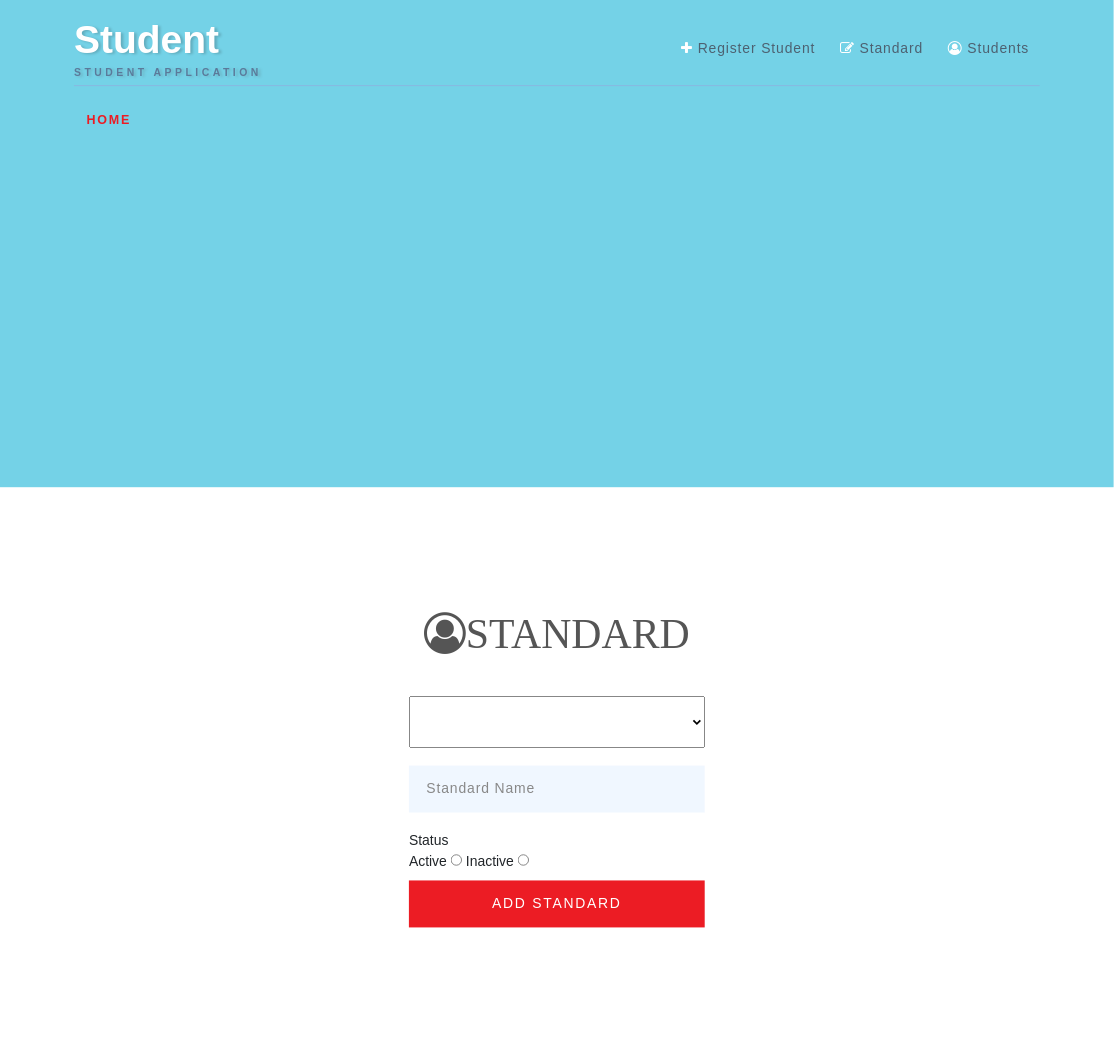
Repository: PallaviMadiya/Java-Framework-
Page: http://localhost/StudentApplication/addStandard.jsp
An editor plug-in stored every save of this project. The page is shown before and after the next save, followed by the edit.
The browser window is 1280 px wide. The pictures show the whole page, at 87% of full size.
Some web fonts or font styles are not loaded; a fallback is used. The page is served by Tomcat 9. Other server files are loaded and not shown. Queries for data that is not in the repository find no rows.

Above is the page before, as saved 2023-10-18 08:55:57.

### StudentApplication/src/main/webapp/addStandard.jsp

<%@ page language="java" contentType="text/html; charset=ISO-8859-1"
    pageEncoding="ISO-8859-1"%>
    <%@page import="dao.StudentDao"%>
<%@page import="model.Standard"%>
<%@page import="java.util.*"%>
<!DOCTYPE html>
<html>
<head>
<meta charset="ISO-8859-1">
<title>Insert title here</title>
</head>
<body>
<%@include file="header.jsp" %>
 <!-- //banner-->
    <!--/login -->
    <section class="banner-bottom py-5">
        <div class="container">
            <div class="content-grid">
                <div class="text-center icon">
                    <span class="fa fa-user-circle-o">STANDARD</span>
                </div>
                <div class="content-bottom">

                    <form action="StudentController" method="post" enctype='multipart/form-data'>
                        <%List<Standard> list = StudentDao.getStandardList(); %>

                    	<select name="id"  style="width:340px; height:60px; margin-bottom:20px;">
							<% for (Standard s : list) { %>
								<option value="" disabled selected hidden>&nbsp &nbsp Select Standard</option>
								<option value="<%=s.getId() %>"><%=s.getName() %></option>
							<% } %>
						</select>


                        <div class="field-group">
                            <div class="content-input-field">
                                <input name="name" id="text1" type="text" value="" placeholder="Standard Name" required="">
                            </div>
                        </div>

                        <div class="field-group">
							Status
                            <div class="checkbox-check-radio">
                               Active <input name="status" id="text3" type="radio" value="active" required="">
                               Inactive <input name="status" id="text3" type="radio" value="inactive" required="">
                            </div>
                        </div>

                        <div class="content-input-field">
                            <button type="submit" class="btn" name="action" value="addStandard">Add Standard</button>
                        </div>

                    </form>
                </div>
            </div>
        </div>
    </section>
    <!-- /login -->
</body>
</html>

### StudentApplication/src/main/webapp/header.jsp
<%@ page language="java" contentType="text/html; charset=ISO-8859-1"
    pageEncoding="ISO-8859-1"%>
<!--
Author:W3layouts
Author URL: http://w3layouts.com
License: Creative Commons Attribution 3.0 Unported
License URL: http://creativecommons.org/licenses/by/3.0/
-->

<!DOCTYPE html>
<html lang="zxx">

<head>
    <title>Baggage Ecommerce Category Bootstrap Responsive Web Template | Home :: W3layouts</title>
    <!-- Meta tag Keywords -->
    <meta name="viewport" content="width=device-width, initial-scale=1">
    <meta charset="UTF-8" />
    <meta name="keywords" content="Baggage Responsive web template, Bootstrap Web Templates, Flat Web Templates, Android Compatible web template, Smartphone Compatible web template, free webdesigns for Nokia, Samsung, LG, SonyEricsson, Motorola web design" />
    <script>
        addEventListener("load", function() {
            setTimeout(hideURLbar, 0);
        }, false);

        function hideURLbar() {
            window.scrollTo(0, 1);
        }
    </script>
    <!-- //Meta tag Keywords -->
    <!-- Custom-Files -->
    <link rel="stylesheet" href="css/bootstrap.css">
    <!-- Bootstrap-Core-CSS -->
    <link rel="stylesheet" href="css/style.css" type="text/css" media="all" />
    <!-- Style-CSS -->
    <!-- font-awesome-icons -->
    <link href="css/font-awesome.css" rel="stylesheet">
    <!-- //font-awesome-icons -->
    <!-- /Fonts -->
    <link href="//fonts.googleapis.com/css?family=Hind:300,400,500,600,700" rel="stylesheet">
    <!-- //Fonts -->

</head>

<body>
    <div class="main-sec">
        <!-- //header -->
        <header class="py-sm-3 pt-3 pb-2" id="home">
            <div class="container">
                <!-- nav -->
                <div class="top-w3pvt d-flex">
                    <div id="logo">
                        <h1> <a href="index.jsp"><span class="log-w3pvt">Student</a> <label class="sub-des">Student Application</label></h1>
                    </div>

                    <div class="forms ml-auto">
                        <a href="register.jsp" class="btn"><span class="fa fa-plus"></span> Register Student</a>
                        <a href="stadard.jsp" class="btn"><span class="fa fa-pencil-square-o"></span> Standard</a>
                        <a href="student.jsp" class="btn"><span class="fa fa-user-circle-o"></span> Students</a>
                    </div>
                </div>
                <div class="nav-top-wthree">
                    <nav>
                        <label for="drop" class="toggle"><span class="fa fa-bars"></span></label>
                        <input type="checkbox" id="drop" />
                        <ul class="menu">
                            <li class="active"><a href="index.jsp">Home</a></li>

                        </ul>
                    </nav>
                    <!-- //nav -->
                    <div class="clearfix"></div>
                </div>
            </div>
        </header>
        <!-- //header -->

       </div>
  </body>
  </html>

### StudentApplication/src/main/java/dao/StudentDao.java
package dao;

import java.sql.Connection;
import java.sql.PreparedStatement;
import java.sql.ResultSet;
import java.sql.Statement;
import java.util.ArrayList;
import java.util.List;

import connection.DBConnection;
import model.Standard;
import model.Student;

public class StudentDao {

	public static List<Standard> getStandardList(){
		List<Standard> listStandard= new ArrayList<Standard>();
		try {
			Connection conn =  DBConnection.createConnection();
			String sql = "SELECT * FROM standard";
			PreparedStatement pst = conn.prepareStatement(sql);
			ResultSet rs = pst.executeQuery();
			while(rs.next()) {
				Standard s = new Standard();
				s.setId(rs.getInt("id"));
				s.setName(rs.getString("name"));
				s.setStatus(rs.getString("status"));
				listStandard.add(s);
			}

		}catch(Exception e) {
			e.printStackTrace();
		}
		return listStandard;
	}

	public static void addStudent(Student s) {
		try {
			Connection conn = DBConnection.createConnection();
			String sql = "INSERT INTO student(id, fname, lname, dob, image, createdDate, status) VALUES(?,?,?,?,?,?,?)";
			PreparedStatement pst = conn.prepareStatement(sql);
			pst.setInt(1, s.getId());
			pst.setString(2, s.getFname());
			pst.setString(3, s.getLname());
			pst.setString(4, s.getDob());
			pst.setString(5, s.getImage());
			pst.setString(6, s.getCreatedDate());
			pst.setString(7, s.getStatus());
			pst.executeUpdate();

		}catch(Exception e) {
			e.printStackTrace();
		}
	}

	public static List<Student> getStudentList(){
		List<Student> studentList = new ArrayList<Student>();
		try {
			Connection conn = DBConnection.createConnection();
			String sql = "SELECT * FROM student";
			PreparedStatement pst = conn.prepareStatement(sql);
			ResultSet rs = pst.executeQuery();
			while(rs.next()) {
				Student s = new Student();
				s.setSid(rs.getInt("sid"));
				s.setId(rs.getInt("id"));
				s.setFname(rs.getString("fname"));
				s.setLname(rs.getString("lname"));
				s.setDob(rs.getDate("dob").toString());
				s.setImage(rs.getString("image"));
				s.setCreatedDate(rs.getDate("createdDate").toString());
				s.setStatus(rs.getString("status"));
				studentList.add(s);
			}
		}catch(Exception e) {
			e.printStackTrace();
		}
		return studentList;
	}

	public static String getStandardById(int id) {
		String std = "";
		try {
			Connection conn = DBConnection.createConnection();
			String sql = "SELECT name FROM standard WHERE id=?";
			PreparedStatement pst = conn.prepareStatement(sql);
			pst.setInt(1, id);
			ResultSet rs = pst.executeQuery();
			if(rs.next()) {
				std = rs.getString("name");
			}

		}catch(Exception e) {
			e.printStackTrace();
		}

		return std;
	}
}

### StudentApplication/src/main/java/connection/DBConnection.java
package connection;

import java.sql.Connection;
import java.sql.DriverManager;

public class DBConnection {
	public static Connection createConnection() {
		Connection conn = null;
		try {
			Class.forName("com.mysql.cj.jdbc.Driver");
			conn = DriverManager.getConnection("jdbc:mysql://localhost:3306/testdb","root","");
		}catch(Exception e){
			e.printStackTrace();
		}
		return conn;
	}
}

Loaded but not shown: StudentApplication/src/main/webapp/css/bootstrap.css (library); StudentApplication/src/main/webapp/css/font-awesome.css (library); StudentApplication/src/main/webapp/css/style.css (1690 lines, source omitted)

After the next save:
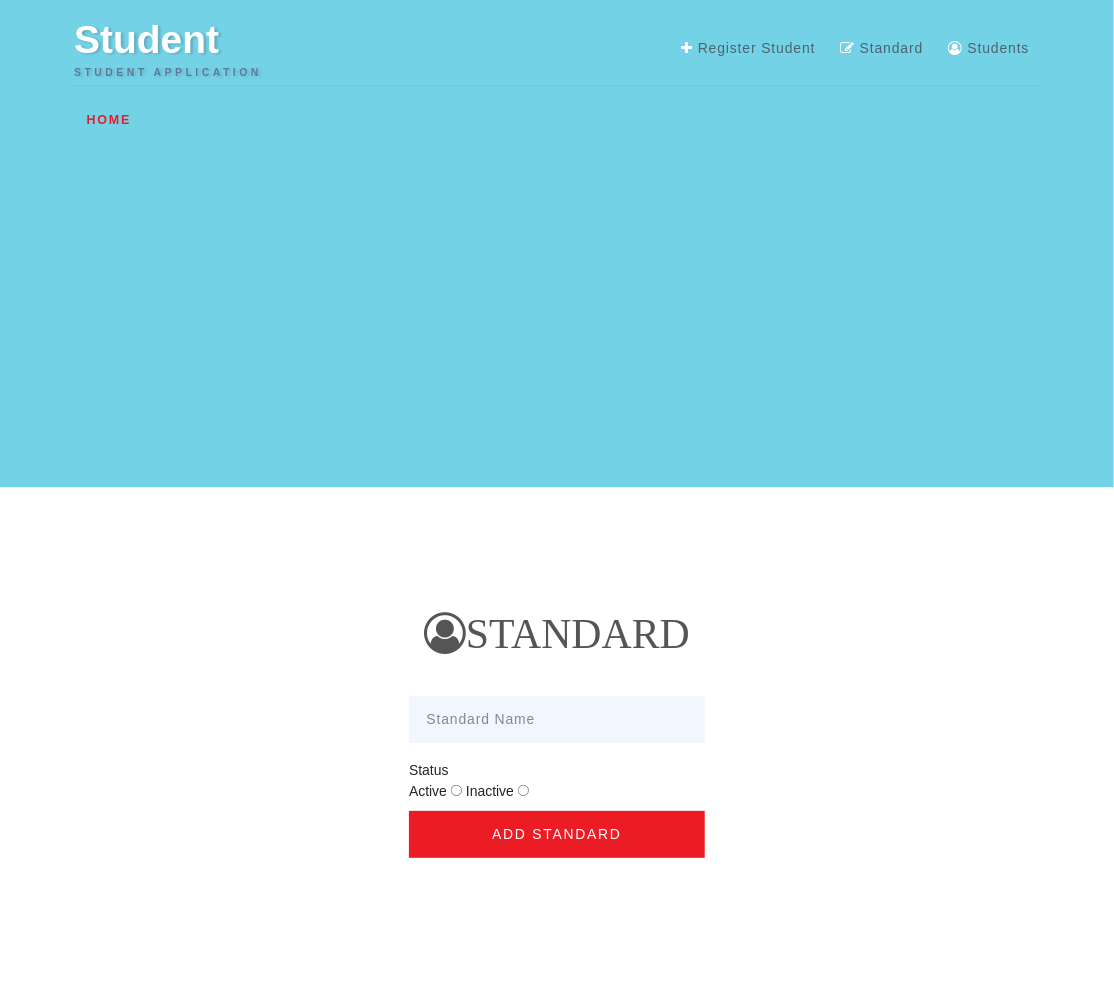
Saved 28 s later.
--- a/StudentApplication/src/main/webapp/addStandard.jsp
+++ b/StudentApplication/src/main/webapp/addStandard.jsp
@@ -22,16 +22,7 @@
                 </div>
                 <div class="content-bottom">
 
-                    <form action="StudentController" method="post" enctype='multipart/form-data'>
-                        <%List<Standard> list = StudentDao.getStandardList(); %>
-
-                    	<select name="id"  style="width:340px; height:60px; margin-bottom:20px;">
-							<% for (Standard s : list) { %>
-								<option value="" disabled selected hidden>&nbsp &nbsp Select Standard</option>
-								<option value="<%=s.getId() %>"><%=s.getName() %></option>
-							<% } %>
-						</select>
-
+                    <form action="StudentController" method="post">
 
                         <div class="field-group">
                             <div class="content-input-field">
